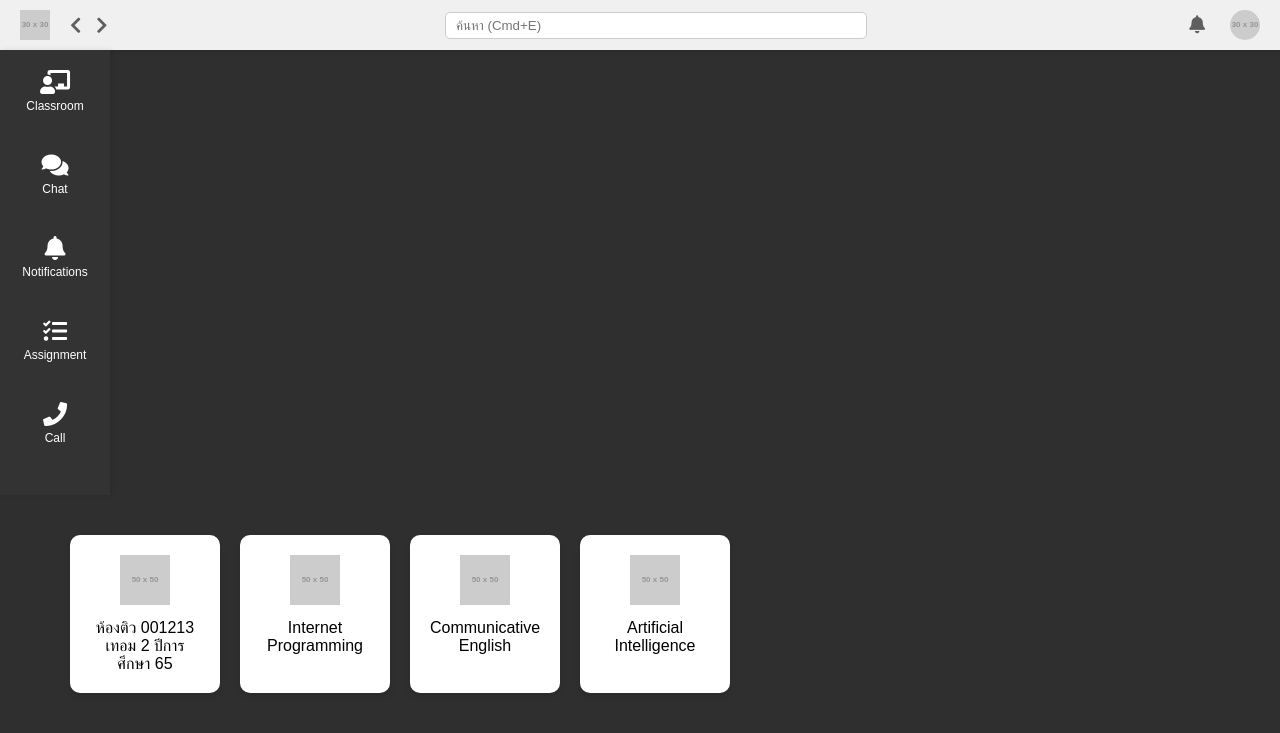
Repository: praifas16/ProPro
Page: docs/studenthead.html
These files come from the project's save history. The page is drawn as it stood at one moment and after the next save; the edit follows.
The browser window is 1280 px wide. The pictures show the whole page.

Above is the page before, as saved 2024-08-21 20:36:39.

### docs/studenthead.html
<!DOCTYPE html>
<html lang="th">
  <head>
    <link rel="stylesheet" href="https://cdnjs.cloudflare.com/ajax/libs/font-awesome/5.15.4/css/all.min.css">
    <meta charset="UTF-8" />
    <meta name="viewport" content="width=device-width, initial-scale=1.0" />
    <title>My Dashboard</title>
    <style>
      body {
        font-family: Arial, sans-serif;
        margin: 0;
        padding: 0;
        background-color: #2f2f2f;
        display: flex;
        flex-direction: column;
        height: 100vh;
      }

      /* แถบเมนูด้านบน */
      .topbar {
        background-color: #f0f0f0;
        padding: 10px 20px;
        display: flex;
        align-items: center;
        justify-content: space-between;
        box-shadow: 0px 2px 4px rgba(0, 0, 0, 0.1);
      }

      .topbar .left-section {
        display: flex;
        align-items: center;
      }

      .topbar .left-section .logo {
        display: flex;
        align-items: center;
        margin-right: 20px;
      }

      .topbar .left-section .logo img {
        width: 30px;
        height: 30px;
      }

      .topbar .left-section .navigation {
        display: flex;
        align-items: center;
      }

      .topbar .left-section .navigation i {
        font-size: 18px;
        color: #5f5f5f;
        margin-right: 15px;
        cursor: pointer;
      }

      .topbar .search-bar {
        flex-grow: 1;
        display: flex;
        justify-content: center;
      }

      .topbar .search-bar input {
        width: 400px;
        padding: 5px 10px;
        border-radius: 5px;
        border: 1px solid #ccc;
        background-color: #fff;
        color: #333;
      }

      .topbar .user-section {
        display: flex;
        align-items: center;
      }

      .topbar .user-section img {
        width: 30px;
        height: 30px;
        border-radius: 50%;
        margin-left: 10px;
      }

      .topbar .user-section .notification {
        margin-right: 15px;
        position: relative;
        font-size: 18px;
        color: #5f5f5f;
        cursor: pointer;
      }

      /* เมนูแถบข้าง */
      .sidebar {
        width: 70px;
        background-color: #333;
        color: white;
        height: calc(100vh - 60px); /* Adjusted to take into account the topbar height */
        padding: 20px 20px;
        box-shadow: 2px 0 5px rgba(0, 0, 0, 0.1);
        display: flex;
        flex-direction: column;
        align-items: center;
      }

      .menu-items {
        margin-top: -10px; /* ขยับเมนูขึ้นไปด้านบน */
      }

      .sidebar a {
        display: flex;
        flex-direction: column;
        align-items: center;
        color: white;
        padding: 10px;
        text-decoration: none;
        margin-bottom: 20px;
        font-size: 12px;
        text-align: center;
      }

      .sidebar a:hover {
        background-color: #5f5f5f;
        border-radius: 4px;
        width: 80%;
        text-align: center;
      }

      .sidebar i {
        font-size: 24px;
        margin-bottom: 5px;
      }

      /* โครงสร้างหน้าเว็บหลัก */
      .main-content {
        flex-grow: 1;
        padding: 20px 20px 20px 50px; /* เพิ่ม padding ด้านซ้ายเพื่อให้เนื้อหาหลักอยู่ในระนาบเดียวกัน */
      }

      .container {
        display: grid;
        grid-template-columns: repeat(auto-fill, minmax(150px, 1fr));
        gap: 20px;
        padding: 20px;
      }

      .card {
        background-color: #ffffff;
        border-radius: 10px;
        box-shadow: 0 4px 6px rgba(0, 0, 0, 0.1);
        text-align: center;
        padding: 20px;
        transition: transform 0.3s;
      }

      .card:hover {
        transform: scale(1.05);
      }

      .card img {
        width: 50px;
        height: 50px;
        margin-bottom: 10px;
      }

      .card p {
        margin: 0;
        font-size: 16px;
      }
    </style>
  </head>
  <body>
    <!-- แถบเมนูด้านบน -->
    <div class="topbar">
      <div class="left-section">
        <div class="logo">
          <img src="https://via.placeholder.com/30" alt="Logo" />
        </div>
        <div class="navigation">
          <i class="fas fa-chevron-left"></i>
          <i class="fas fa-chevron-right"></i>
        </div>
      </div>
      <div class="search-bar">
        <input type="text" placeholder="ค้นหา (Cmd+E)" />
      </div>
      <div class="user-section">
        <div class="notification">
          <i class="fa fa-bell"></i>
        </div>
        <img src="https://via.placeholder.com/30" alt="User Avatar" />
      </div>
    </div>

    <!-- เมนูแถบข้าง -->
    <div class="sidebar">
      <div class="menu-items">
        <a href="#"
          ><i class="fa fa-chalkboard-teacher"></i><span>Classroom</span></a
        >
        <a href="#"><i class="fa fa-comments"></i><span>Chat</span></a>
        <a href="#"><i class="fa fa-bell"></i><span>Notifications</span></a>
        <a href="#"><i class="fa fa-tasks"></i><span>Assignment</span></a>
        <a href="#"><i class="fa fa-phone"></i><span>Call</span></a>
      </div>
    </div>

    <!-- เนื้อหาหลัก -->
    <div class="main-content">
      <div class="container">
        <div class="card">
          <img src="https://via.placeholder.com/50" alt="icon" />
          <p>ห้องติว 001213 เทอม 2 ปีการศึกษา 65</p>
        </div>
        <div class="card">
          <img src="https://via.placeholder.com/50" alt="icon" />
          <p>Internet Programming</p>
        </div>
        <div class="card">
          <img src="https://via.placeholder.com/50" alt="icon" />
          <p>Communicative English</p>
        </div>
        <div class="card">
          <img src="https://via.placeholder.com/50" alt="icon" />
          <p>Artificial Intelligence</p>
        </div>
        <!-- เพิ่มเติม Card อื่น ๆ ตามต้องการ -->
      </div>
    </div>
  </body>
</html>

After the next save:
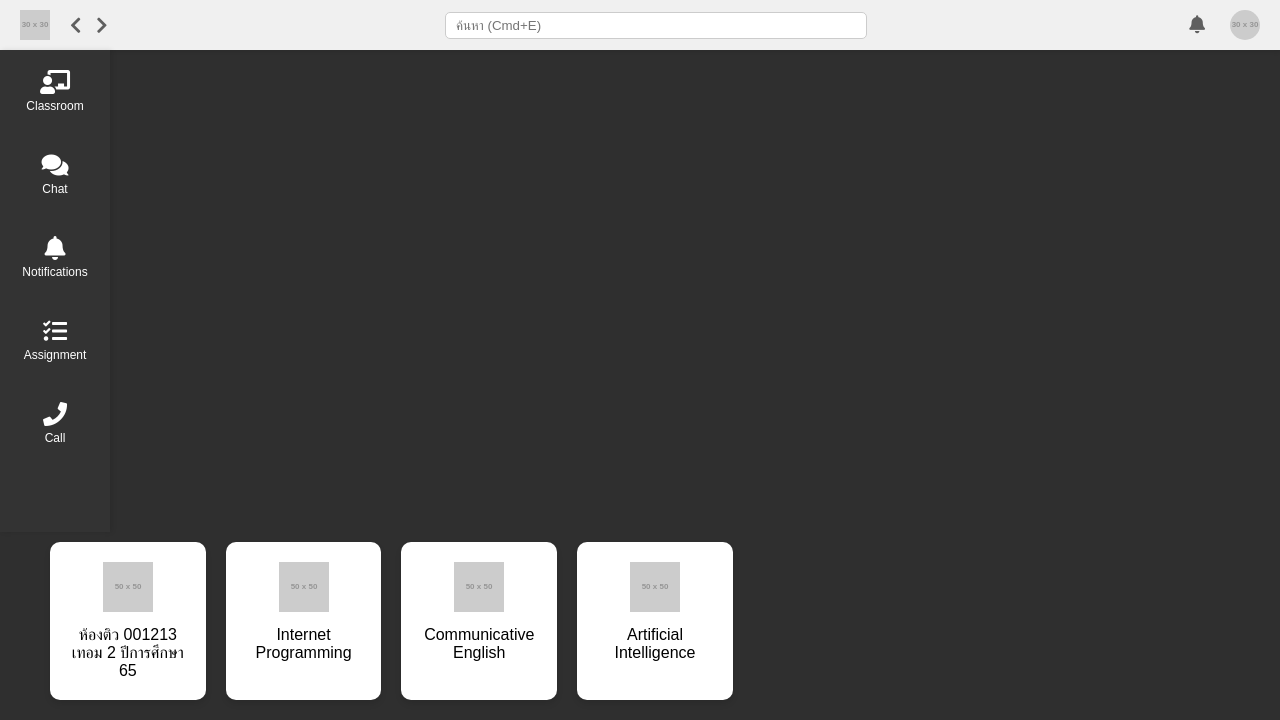
Saved 80 s later.
--- a/docs/studenthead.html
+++ b/docs/studenthead.html
@@ -133,14 +133,14 @@
       /* โครงสร้างหน้าเว็บหลัก */
       .main-content {
         flex-grow: 1;
-        padding: 20px 20px 20px 50px; /* เพิ่ม padding ด้านซ้ายเพื่อให้เนื้อหาหลักอยู่ในระนาบเดียวกัน */
+        padding: 10px 20px 20px 50px; /* ลด padding-top เพื่อขยับขึ้น */
       }
 
       .container {
         display: grid;
         grid-template-columns: repeat(auto-fill, minmax(150px, 1fr));
         gap: 20px;
-        padding: 20px;
+        padding-top: 0px; /* ปรับ padding-top ของ container */
       }
 
       .card {
